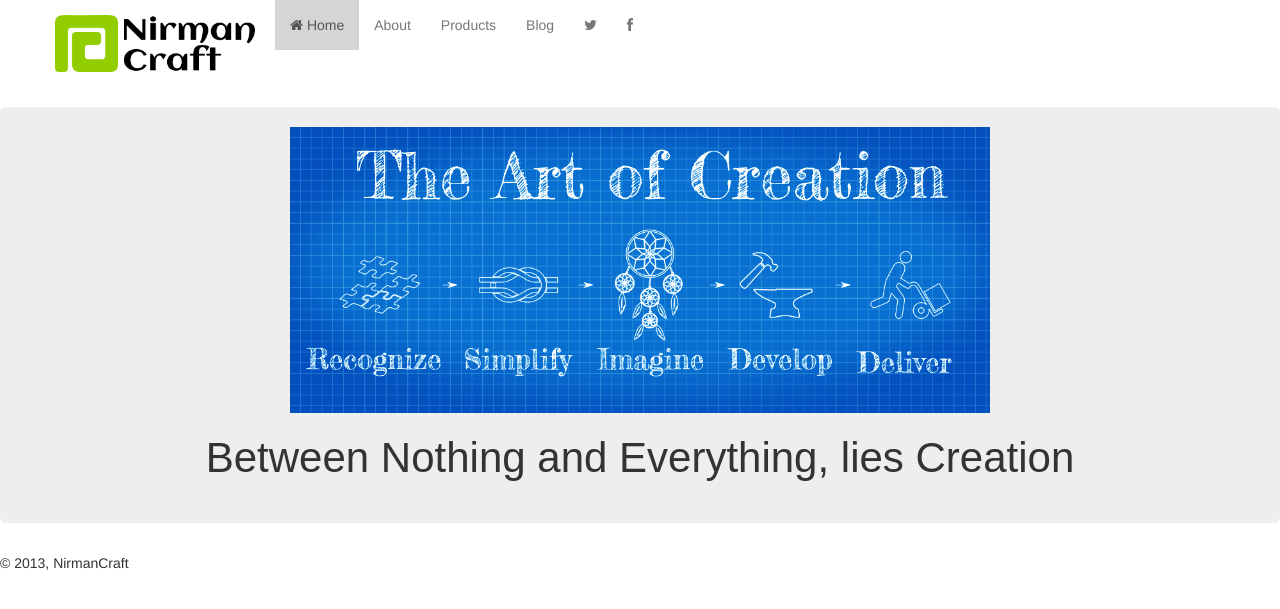
Repository: MeShreyas/NirmanCraftWebsite
Page: NirmanCraft/index.html
The author's editor kept a copy of each file at every save. The page is drawn from the files as they stood at one save, then again after the next save.
The browser window is 1280 px wide. The pictures show the whole page.
Some web fonts or font styles are not loaded; a fallback is used.

Above is the page before, as saved 2013-10-07 12:11:21.
Console error: ReferenceError: jQuery is not defined

After the next save:
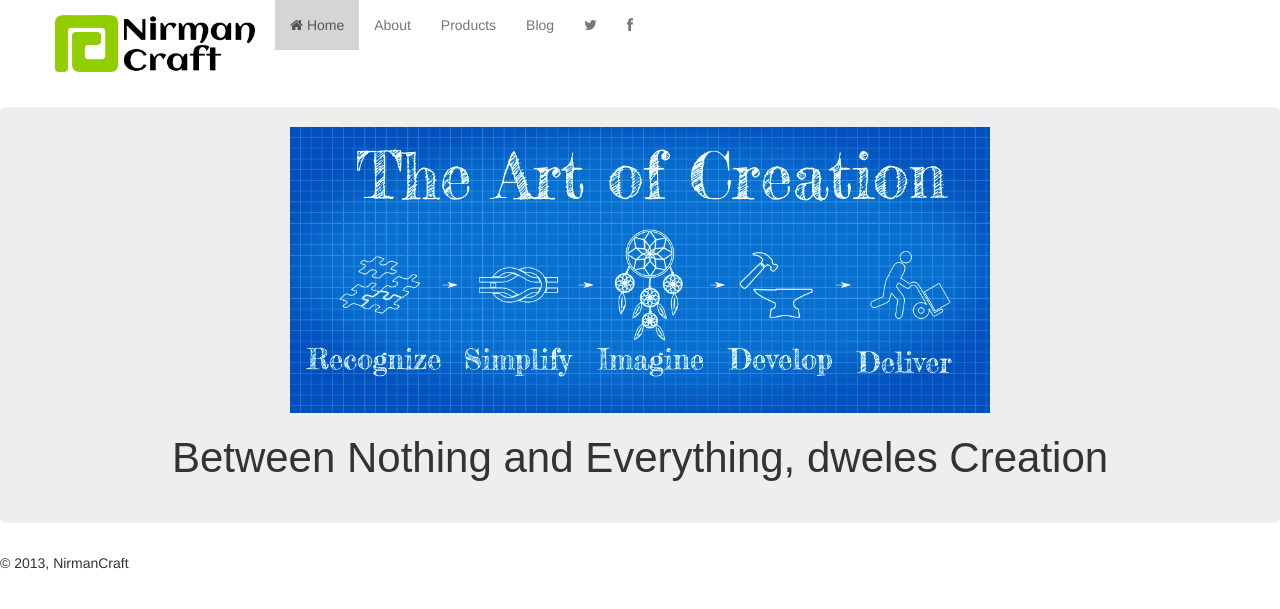
Saved 5 s later.
--- a/NirmanCraft/index.html
+++ b/NirmanCraft/index.html
@@ -63,7 +63,7 @@
 
 						<img src="images/finalbanner.png" width="700px"/>
 						<br/>
-						Between Nothing and Everything, lies Creation
+						Between Nothing and Everything, dweles Creation
 					</center>
 				</div>
 			</div>
